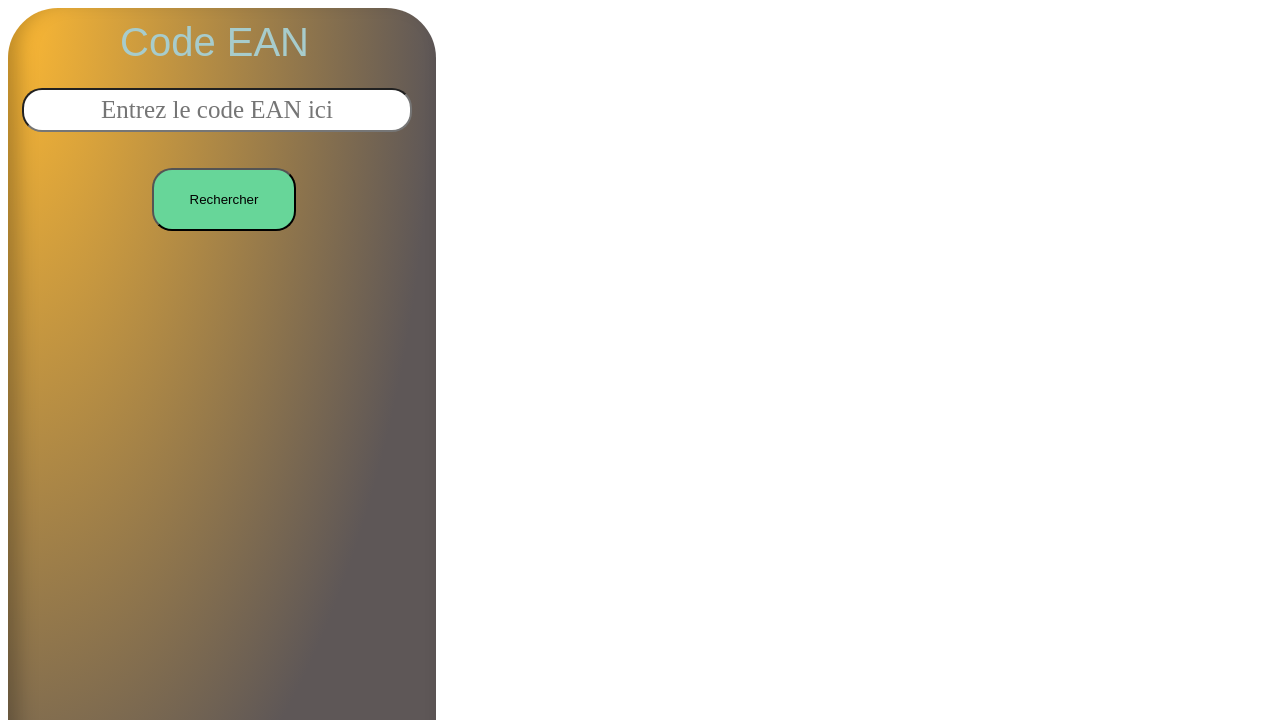
Repository: Zouz01/exo-toucan
Page: index.html
These files come from the project's save history. The page is drawn as it stood at one moment and after the next save; the edit follows.
The browser window is 1280 px wide. The pictures show the whole page.

Above is the page before, as saved 2023-09-21 11:44:46.

### index.html
<!DOCTYPE html>
<html lang="fr">
<head>
    <meta charset="UTF-8">
    <meta name="viewport" content="width=device-width, initial-scale=1">
    <title>TOUCAN API</title>
    <link rel="stylesheet" type="text/css" href="main.css">
</head>
<body>
    <div class="container">
        <!-- Formulaire de recherche -->
        <form id="product-form" action="https://fr.openfoodfacts.org/api/v0/product/<<code_EAN_13>>" method="POST">
            <label for="code_ean">Code EAN </label>
            <input type="text" id="code_ean" name="code_ean" placeholder="Entrez le code EAN ici"><!-- Champ de saisie du code EAN -->
            <button type="submit" id="submit">Rechercher</button> <!-- Bouton de soumission du formulaire -->
        </form>

        <!-- Conteneur pour l'affichage de l'image et des informations -->
        <div><img id="img"></div>
        <div id="product-info"></div>
    </div>

    <!-- Inclusion du script JavaScript -->
    <script src="main.js"></script>
</body>
</html>

### main.css
body {
    font-family: Arial, sans-serif;

}

.container {
    width: 428px;
    height: 926px;
   position: fixed;
    text-align: center;

    background: radial-gradient(100% 100% at 0% 0%, #FFBA33 0%, #5e5757 100%);
   /* background: radial-gradient(100% 100% at 0% 0%, #A6A6A6 0.46%, #000000 78.06%);
    background: linear-gradient(167.94deg, #7AA77E 0%, #476F72 100%);*/

    opacity: 1.8;
    box-shadow: inset 10px -10px 20px rgba(0, 0, 0, 0.25);
    border-radius: 50px;
}

/* position ecriture label*/
label {

    top: 20px;
    font-size: 40px;
    color: rgb(167, 204, 204);
   left: 120px;
    position :fixed;



}
/*position img*/
#img {
    position: relative;
   border-radius: 20px;
   width: 20%;
   top: 600px;
}

/*position retour d'information produit*/
 #product-info {
    position: absolute;
    padding: 20px;
    color:rgb(171, 221, 205);
    top: 100px;

 }
h2 {
    font-size: xx-large;
    color: #7af3b1;
}
p{
    font-size: larger ;
}

/* Champ de saisie pour entrer le code EAN */
#code_ean {
    position: absolute;
   border-radius: 20px;
    width: 382px;
    height: 38px;
   right:24px ;
    top: 80px;
    font-family: 'Montserrat';
font-style: normal;
font-weight: 500;
font-size: 25px;
line-height: 30px;
text-align: center;

color: #0f0d0d;



}

/* Bouton de recherche */
button[type="submit"] {
    position: absolute;
    width: 144px;
    height: 63px;
  background-color: #67d699;
    top: 160px;
    border-radius: 20px;
    right: 140px;



}




/* styles pour les écrans plus grands */
/* @media (min-width: 900px) {
     .container {
        width: 1860px;
        height: 900px;
     }
        button[type="submit"] {
            position: absolute;
    width: 184px;
    height: 83px;
  background-color: #67d699;
    bottom: 50px;
    border-radius: 20px;
    right: 870px;
        }
        #code_ean {
            position: absolute;
           border-radius: 20px;
            width: 1382px;
            height: 68px;
           right:15% ;
            top: 80px;
            font-family: 'Montserrat';
        font-style: normal;
        font-weight: 500;
        font-size: 25px;
        line-height: 30px;
        text-align: center;
        color: #0f0d0d;

 }
 label {

    top: 20px;
    font-size: 40px;
    color: rgb(167, 204, 204);
   left: 800px;
    position :fixed;

}
#product-info {
    position: absolute;
    padding: 50px;
    color:rgb(171, 221, 205);
    top: 200px;
    left: 30%;

 }
 #img {
    position: relative;
   border-radius: 20px;
   max-width: 20%;
   max-height: 10%;
   top: 230px;
   right: 30%;
}
h2 {
    font-size: 50px;
    color: aqua;
}
p{
    font-size: 30px ;
}
} */

### main.js
const form = document.querySelector("#product-form"); //Interagit avec  HTML avec l'id "product-form"
const code_ean = document.querySelector("#code_ean"); //Interagit avec  HTML  avec l'id "code_ean"
const productInfo = document.querySelector("#product-info"); //Interagit avec  HTML avec l'id "les informations produits"
const img = document.querySelector("#img");  //Interagit avec  HTML avec l'id "les images"
const submit = document.querySelector("#submit");  //Interagit avec  HTML avec l'id "Boutton envoi"


submit.addEventListener("click", (e) => { // Ecouteur d'événement sur le bouton d'envoi qui écoute un événement de clic
    e.preventDefault();

    // validation du code
    if (code_ean.value.length !== 13) {
        alert("Le code EAN doit contenir 13 chiffres.");// Le script vérifie si la valeur du champ de saisie du code EAN comporte 13 caractères
        return;                                         // Sinon, il affiche une alerte indiquant que le code EAN doit contenir 13 chiffres.
    }else

// Si code correct alors ...
    // Récupére les informations du produit depuis l'API
    fetch("https://fr.openfoodfacts.org/api/v0/product/" + code_ean.value) //Méthode pour envoyer une requête GET à l'API
        .then((reponse) => reponse.json())   //  Convertit  la réponse de l'API en JSON
        .then((data) => {                    //  Pour accéder aux données.
            let product = data.product;
            img.src = product.image_url;


             //Affiche les informations sur le produit, ( avec innerHTML on definila source de l'éléments)
             productInfo.innerHTML =`
             <h2><b>Nom</b> : ${product.abbreviated_product_name}</h2>
             <p><b>Marque</b> : ${product.brands}</p>
             <p><b>Catégorie</b> : ${product.categories}</p>
             <p><b>Ingrédients</b> : ${product.ingredients_text}</p>`
             console.log (data)
        }); // ${} veut dire interpreter

});

   /*fecht veut dire aller chercher*/

After the next save:
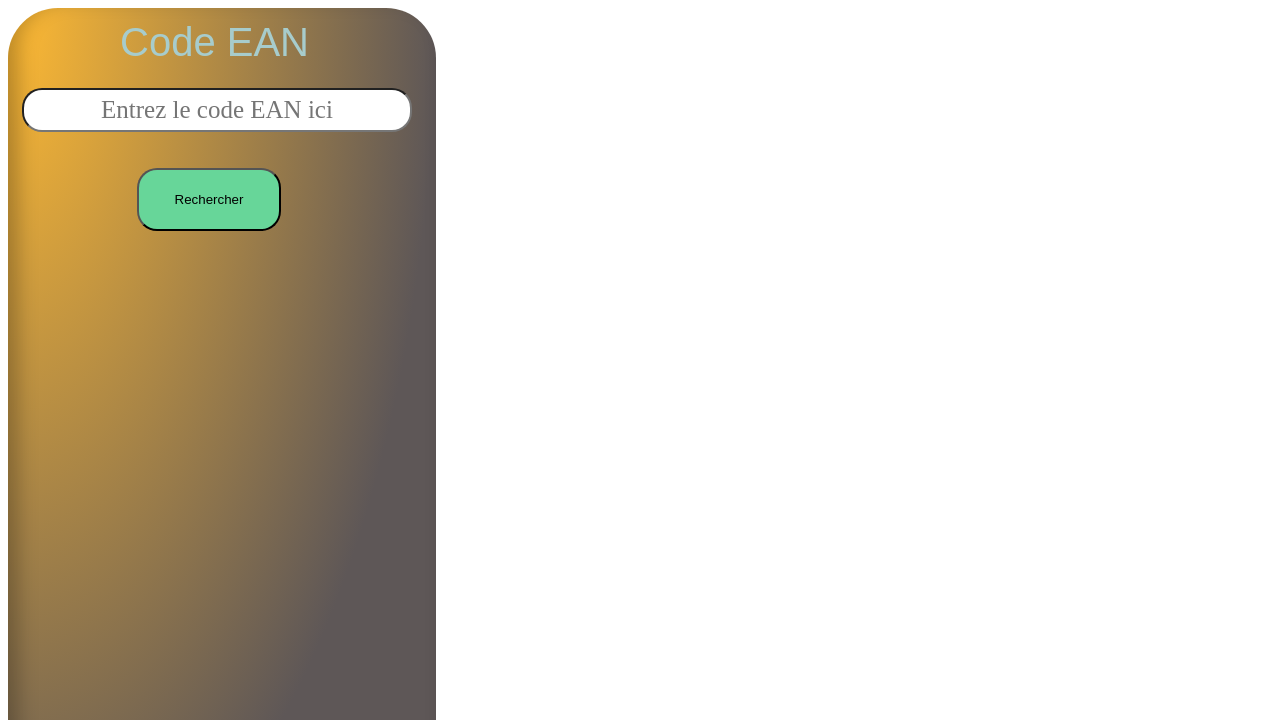
Saved 6 s later.
--- a/main.css
+++ b/main.css
@@ -83,7 +83,7 @@ button[type="submit"] {
   background-color: #67d699;
     top: 160px;
     border-radius: 20px;
-    right: 140px;
+    right: 155px;
 
 
 
